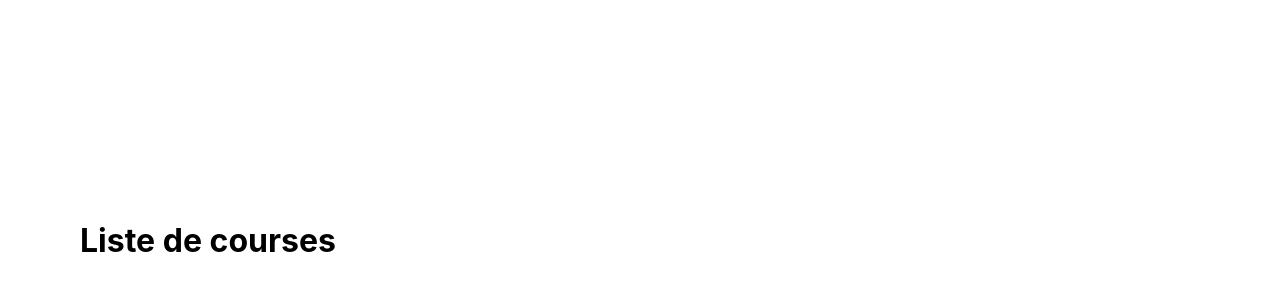
Repository: Retroscilo/partiel-js
Page: /
The author's editor kept a copy of each file at every save. The page is drawn from the files as they stood at one save, then again after the next save.
The browser window is 1280 px wide. The pictures show the whole page.
The project was rebuilt for these pictures with package versions that can differ from the ones it lists, and the page was loaded fresh each time.

Above is the page before, as saved 2022-02-23 09:04:51.

After the next save:
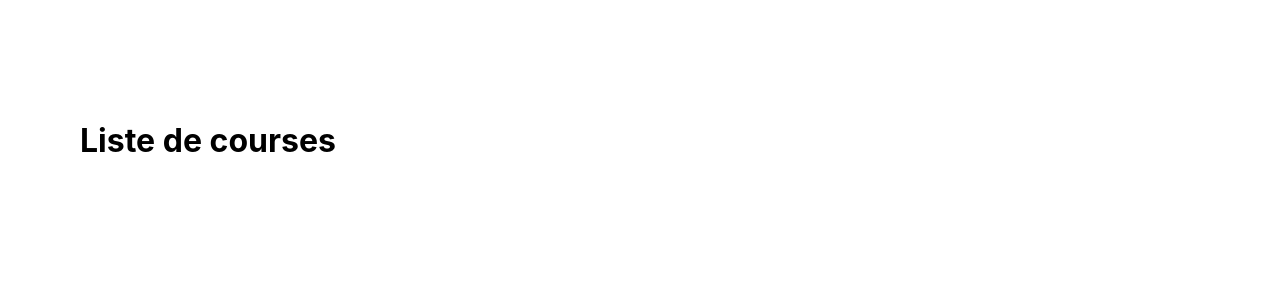
Saved 6 s later.
--- a/src/App.css
+++ b/src/App.css
@@ -1,7 +1,7 @@
 .App {
   max-width: 1120px;
   margin: auto;
-  padding-top: 200px;
+  padding-top: 100px;
 }
 
 .App-logo {
